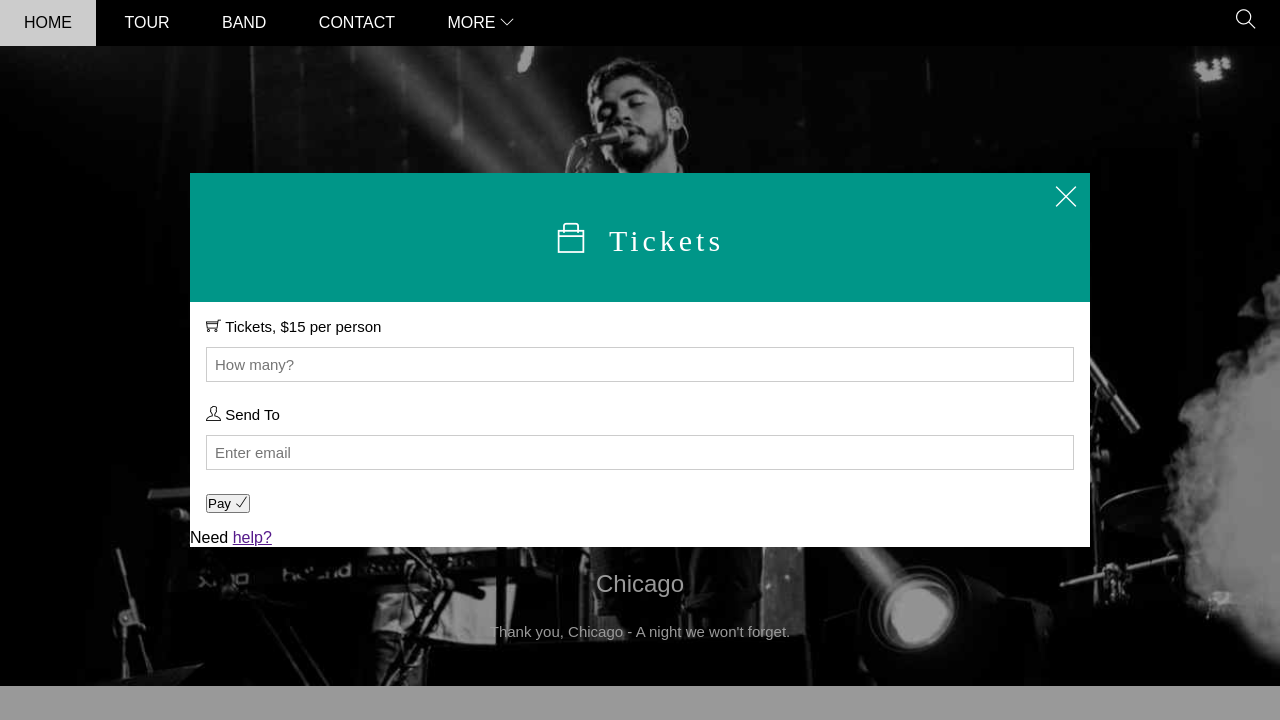
Repository: ducvui2003/LTCB
Page: index.html
An editor plug-in stored every save of this project. The page is shown before and after the next save, followed by the edit.
The browser window is 1280 px wide. The pictures show the window.
A layer covers the whole window, so only the first screen is drawn.

Above is the page before, as saved 2022-01-10 12:24:18.

After the next save:
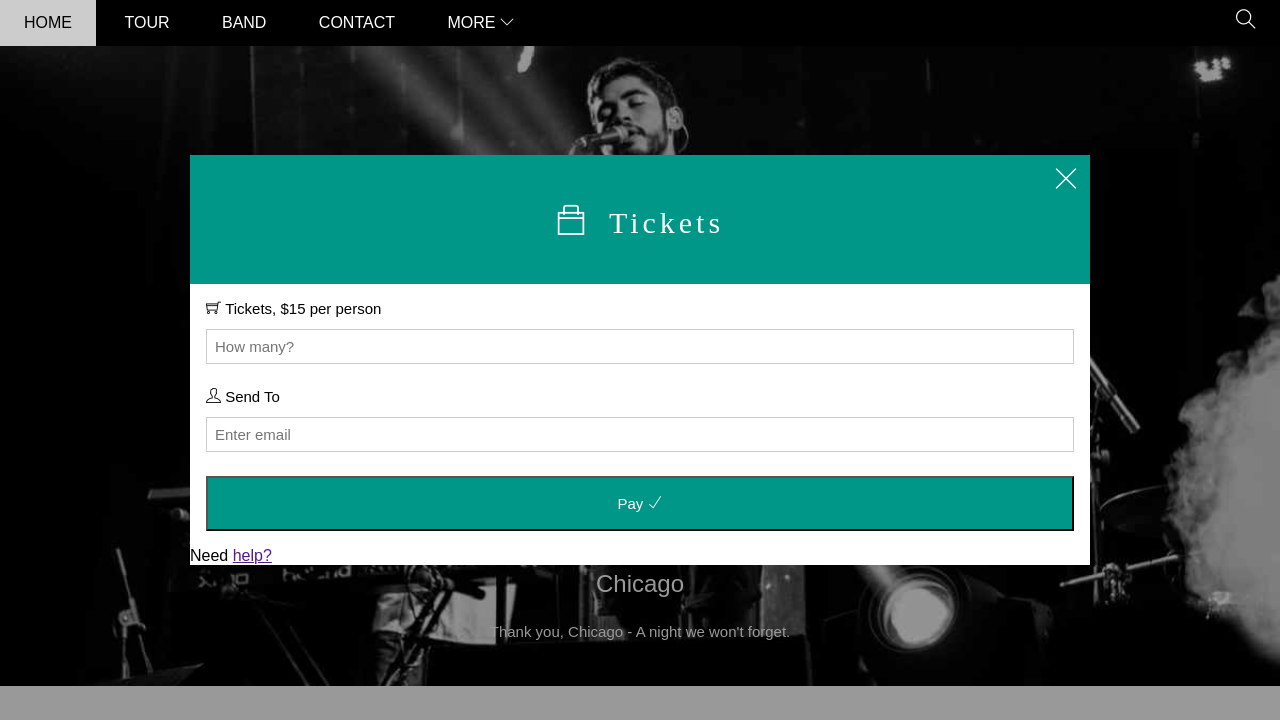
Saved 82 s later.
--- a/assest/Css/styles.css
+++ b/assest/Css/styles.css
@@ -387,3 +387,11 @@
     font-size: 15px;
     margin-bottom: 24px;
 }
+
+.pay-ticket {
+    width: 868px;
+    height: 55px;
+    background-color: #009688;
+    color: white;
+    font-size: 15px;
+}
